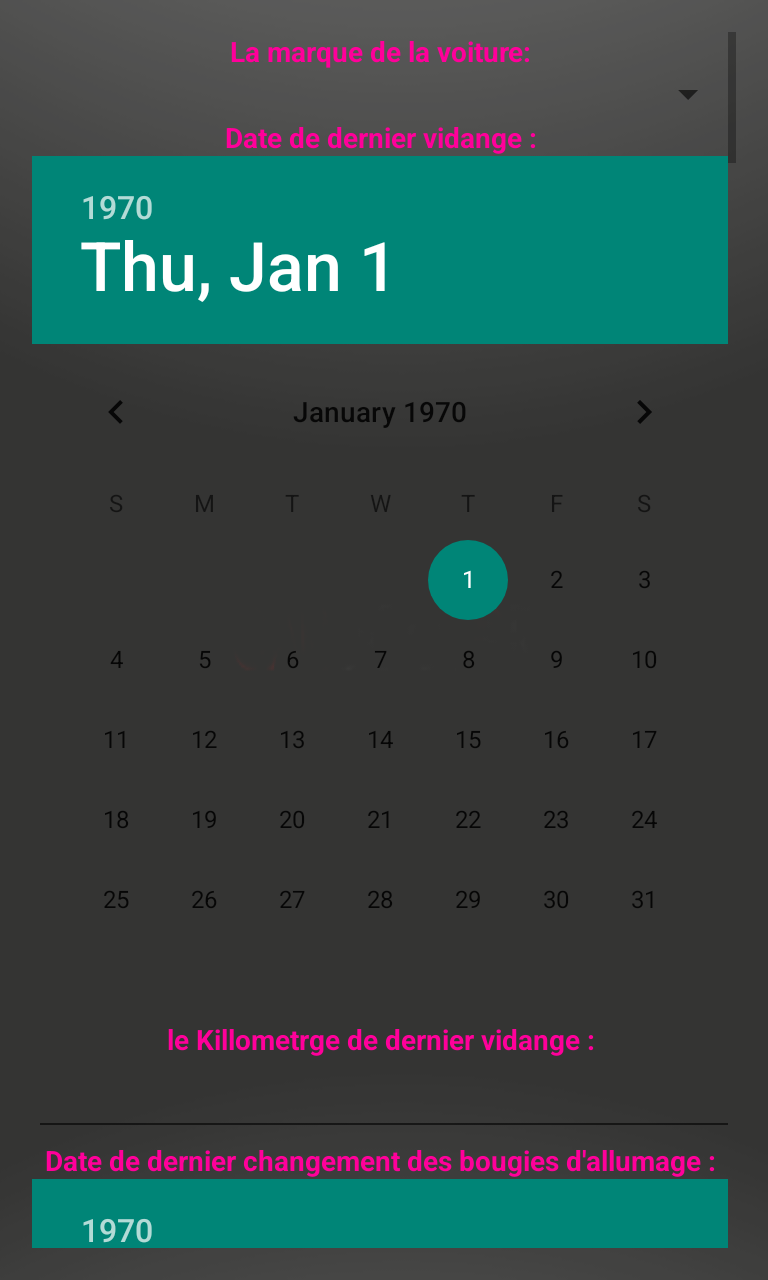
Repository: TrifiAmanallah/Car-Doctor-app
Layout: Car_Doctor v.9/Car_Doctor/res/layout/activity_formulaire.xml
The author's editor kept a copy of each file at every save. The layout is drawn from the files as they stood at one save, then again after the next save.
It is drawn on a 768 x 1280 px phone screen (xhdpi) without system bars, with theme AppTheme; the app's code is not run.

Above is the layout before, as saved 2015-02-27 18:36:08.

### Car_Doctor v.9/Car_Doctor/res/layout/activity_formulaire.xml
<LinearLayout xmlns:android="http://schemas.android.com/apk/res/android"
    xmlns:tools="http://schemas.android.com/tools"
    android:layout_width="match_parent"
    android:layout_height="match_parent"
    android:background="@drawable/background_saisie"
    android:paddingBottom="@dimen/activity_vertical_margin"
    android:paddingLeft="@dimen/activity_horizontal_margin"
    android:paddingRight="@dimen/activity_horizontal_margin"
    android:paddingTop="@dimen/activity_vertical_margin"
    tools:context="com.example.car_doctor.Formulaire" >

    <ScrollView
        android:id="@+id/scrollView1"
        android:layout_width="match_parent"
        android:layout_height="match_parent" >

        <LinearLayout
            android:layout_width="match_parent"
            android:layout_height="match_parent"
            android:orientation="vertical" >


<TextView
android:layout_width="fill_parent"
android:layout_height="wrap_content"
android:text="La marque de la voiture: "
android:textStyle="bold"
android:textColor="#ff009a"
android:gravity="center"
/>
<Spinner
    android:id="@+id/marks_spinner"
    android:layout_width="fill_parent"
    android:layout_height="wrap_content" />
<TextView
android:layout_width="fill_parent"
android:layout_height="wrap_content"
android:text="Date de dernier vidange : "
android:textStyle="bold"
android:textColor="#ff009a"
android:gravity="center"
/>

<DatePicker
    android:id="@+id/datePicker1"
    android:layout_width="match_parent"
    android:layout_height="wrap_content"
    android:calendarViewShown="false"
    android:color="#fcfcf5"
    />

<TextView
android:layout_width="fill_parent"
android:layout_height="wrap_content"
android:text="le Killometrge de dernier vidange : "
android:textStyle="bold"
android:textColor="#ff009a"
android:gravity="center"
/>
<EditText
android:id="@+id/editText1"
android:layout_width="fill_parent"
android:layout_height="wrap_content"
android:textColor="#00fff9"
android:inputType="numberDecimal"
android:maxLength="7"
/>
<TextView
android:layout_width="fill_parent"
android:layout_height="wrap_content"
android:text="Date de dernier changement des bougies d'allumage : "
android:textStyle="bold"
android:textColor="#ff009a"
android:gravity="center"
/>
<DatePicker
android:id="@+id/datePicker2"
android:layout_width="fill_parent"
android:layout_height="wrap_content"
android:calendarViewShown="false"
 />
<TextView
android:layout_width="fill_parent"
android:layout_height="wrap_content"
android:text="le Killometrge de dernier changement des bougies d'allumage : "
android:textStyle="bold"
android:textColor="#ff009a"
android:gravity="center"
/>
<EditText
android:id="@+id/editText2"
android:layout_width="fill_parent"
android:layout_height="wrap_content"
android:textColor="#00fff9"
android:inputType="numberDecimal"
android:maxLength="7"
/>
<TextView
android:layout_width="fill_parent"
android:layout_height="wrap_content"
android:text="Date de dernier changement de filtres a huile : "
android:textStyle="bold"
android:textColor="#ff009a"
android:gravity="center"
/>
<DatePicker
android:id="@+id/datePicker3"
android:layout_width="fill_parent"
android:layout_height="wrap_content"
android:calendarViewShown="false"

 />
<TextView
android:layout_width="fill_parent"
android:layout_height="wrap_content"
android:text="le Killometrge de dernier changement de filtres a huile : "
android:textStyle="bold"
android:textColor="#ff009a"
android:gravity="center"
/>
<EditText
android:id="@+id/editText3"
android:layout_width="fill_parent"
android:layout_height="wrap_content"
android:textColor="#00fff9"
android:inputType="numberDecimal"
android:maxLength="7"
/>
<TextView
android:layout_width="fill_parent"
android:layout_height="wrap_content"
android:text="Date de dernier changement de filtre a air : "
android:textStyle="bold"
android:textColor="#ff009a"
android:gravity="center"
/>
<DatePicker
android:id="@+id/datePicker4"
android:layout_width="fill_parent"
android:layout_height="wrap_content"
android:calendarViewShown="false"
 />
<TextView
android:layout_width="fill_parent"
android:layout_height="wrap_content"
android:text="le Killometrge de dernier changement de filtre a air : "
android:textStyle="bold"
android:textColor="#ff009a"
android:gravity="center"
/>
<EditText
android:id="@+id/editText4"
android:layout_width="fill_parent"
android:layout_height="wrap_content"
android:textColor="#00fff9"
android:inputType="numberDecimal"
android:maxLength="7"
/>
<TextView
android:layout_width="fill_parent"
android:layout_height="wrap_content"
android:text="Date de dernier changement de filtre d'habitacle : "
android:textStyle="bold"
android:textColor="#ff009a"
android:gravity="center"
/>
<DatePicker
android:id="@+id/datePicker5"
android:layout_width="fill_parent"
android:layout_height="wrap_content"
android:calendarViewShown="false"
 />
<TextView
android:layout_width="fill_parent"
android:layout_height="wrap_content"
android:text="le Killometrge de dernier changement de filtre d'habitacle :"
android:textStyle="bold"
android:textColor="#ff009a"
android:gravity="center"
/>
<EditText
android:id="@+id/editText5"
android:layout_width="fill_parent"
android:layout_height="wrap_content"
android:textColor="#00fff9"
android:inputType="numberDecimal"
android:maxLength="7"
/>

<TextView
android:layout_width="fill_parent"
android:layout_height="wrap_content"
android:text="Date de dernier changement de huile de la boite vitesse : "
android:textStyle="bold"
android:textColor="#ff009a"
android:gravity="center"
/>
<DatePicker
android:id="@+id/datePicker7"
android:layout_width="fill_parent"
android:layout_height="wrap_content"
android:calendarViewShown="false"
 />
<TextView
android:layout_width="fill_parent"
android:layout_height="wrap_content"
android:text="le Killometrge de dernier changement de huile de la boite vitesse : "
android:textStyle="bold"
android:textColor="#ff009a"
android:gravity="center"
/>
<EditText
android:id="@+id/editText7"
android:layout_width="fill_parent"
android:layout_height="wrap_content"
android:textColor="#00fff9"
android:inputType="numberDecimal"
android:maxLength="6"
/>
<TextView
android:layout_width="fill_parent"
android:layout_height="wrap_content"
android:text="Date de dernier changement de courroie crantée : "
android:textStyle="bold"
android:textColor="#ff009a"
android:gravity="center"
/>
<DatePicker
android:id="@+id/datePicker8"
android:layout_width="fill_parent"
android:layout_height="wrap_content"
android:calendarViewShown="false"
 />
<TextView
android:layout_width="fill_parent"
android:layout_height="wrap_content"
android:text="le Killometrge de dernier changement de courroie crantée : "
android:textStyle="bold"
android:textColor="#ff009a"
android:gravity="center"
/>
<EditText
android:id="@+id/editText8"
android:layout_width="fill_parent"
android:layout_height="wrap_content"
android:textColor="#00fff9"
android:inputType="numberDecimal"
android:maxLength="7"
/>
<TextView
android:layout_width="fill_parent"
android:layout_height="wrap_content"
android:text="Date de dernier changement de huile de disque freine : "
android:textStyle="bold"
android:textColor="#ff009a"
android:gravity="center"
/>
<DatePicker
android:id="@+id/datePicker9"
android:layout_width="fill_parent"
android:layout_height="wrap_content"
android:calendarViewShown="false"
 />
<TextView
android:layout_width="fill_parent"
android:layout_height="wrap_content"
android:text="le Killometrge de dernier changement de huile de disque freine : "
android:textStyle="bold"
android:textColor="#ff009a"
android:gravity="center"
/>
<EditText
android:id="@+id/editText9"
android:layout_width="fill_parent"
android:layout_height="wrap_content"
android:textColor="#00fff9"
android:inputType="numberDecimal"
android:maxLength="7"
/>
<TextView
android:layout_width="fill_parent"
android:layout_height="wrap_content"
android:text="Date de dernier visite technique : "
android:textStyle="bold"
android:textColor="#ff009a"
android:gravity="center"
/>
<DatePicker
android:id="@+id/datePicker10"
android:layout_width="fill_parent"
android:layout_height="wrap_content"
android:calendarViewShown="false"

 />

<TextView
android:layout_width="fill_parent"
android:layout_height="wrap_content"
android:text="Date de dernier paymenet d'assurance : "
android:textStyle="bold"
android:textColor="#ff009a"
android:gravity="center"
/>
<DatePicker
android:id="@+id/datePicker11"
android:layout_width="fill_parent"
android:layout_height="wrap_content"
android:calendarViewShown="false"

 />
<TextView
android:layout_width="fill_parent"
android:layout_height="wrap_content"
android:text="Date du dernier changement de suspension : "
android:textStyle="bold"
android:textColor="#ff009a"
android:gravity="center"
/>
<DatePicker
android:id="@+id/datePicker12"
android:layout_width="fill_parent"
android:layout_height="wrap_content"
android:calendarViewShown="false"

 />
         <Button
android:id="@+id/enregistrer"
android:layout_width="fill_parent"
android:layout_height="wrap_content"
android:textColor="#fcfcf5"
android:background="#2882ff"
android:text="Enregistrer" />

        </LinearLayout>

        </ScrollView>

</LinearLayout>

### Car_Doctor v.9/Car_Doctor/res/values/styles.xml
<resources>

    <!--
        Base application theme, dependent on API level. This theme is replaced
        by AppBaseTheme from res/values-vXX/styles.xml on newer devices.
    -->
    <style name="AppBaseTheme" parent="Theme.AppCompat.Light">
        <!--
            Theme customizations available in newer API levels can go in
            res/values-vXX/styles.xml, while customizations related to
            backward-compatibility can go here.
        -->
    </style>

    <!-- Application theme. -->
    <style name="AppTheme" parent="AppBaseTheme">
        <!-- All customizations that are NOT specific to a particular API-level can go here. -->
    </style>
<style name="SettingCodeFontBold" parent="@android:style/TextAppearance.Medium">

        <item name="android:layout_width">fill_parent</item>

        <item name="android:layout_height">wrap_content</item>

        <item name="android:textColor">#000000</item>

        <item name="android:typeface">monospace</item>

        <item name="android:textStyle">bold</item>

</style>

<style name="SettingCodeFont" parent="@android:style/TextAppearance.Medium">

        <item name="android:layout_width">fill_parent</item>

        <item name="android:layout_height">wrap_content</item>

        <item name="android:textColor">#000000</item>

        <item name="android:typeface">monospace</item>



</style>



</resources>

Loaded but not shown: Car_Doctor v.9/Car_Doctor/res/values-v11/styles.xml (common file); Car_Doctor v.9/Car_Doctor/res/values-v14/styles.xml (common file); Car_Doctor v.9/Car_Doctor/res/values/dimens.xml (common file); Car_Doctor v.9/Car_Doctor/res/values-w820dp/dimens.xml (common file)

After the next save:
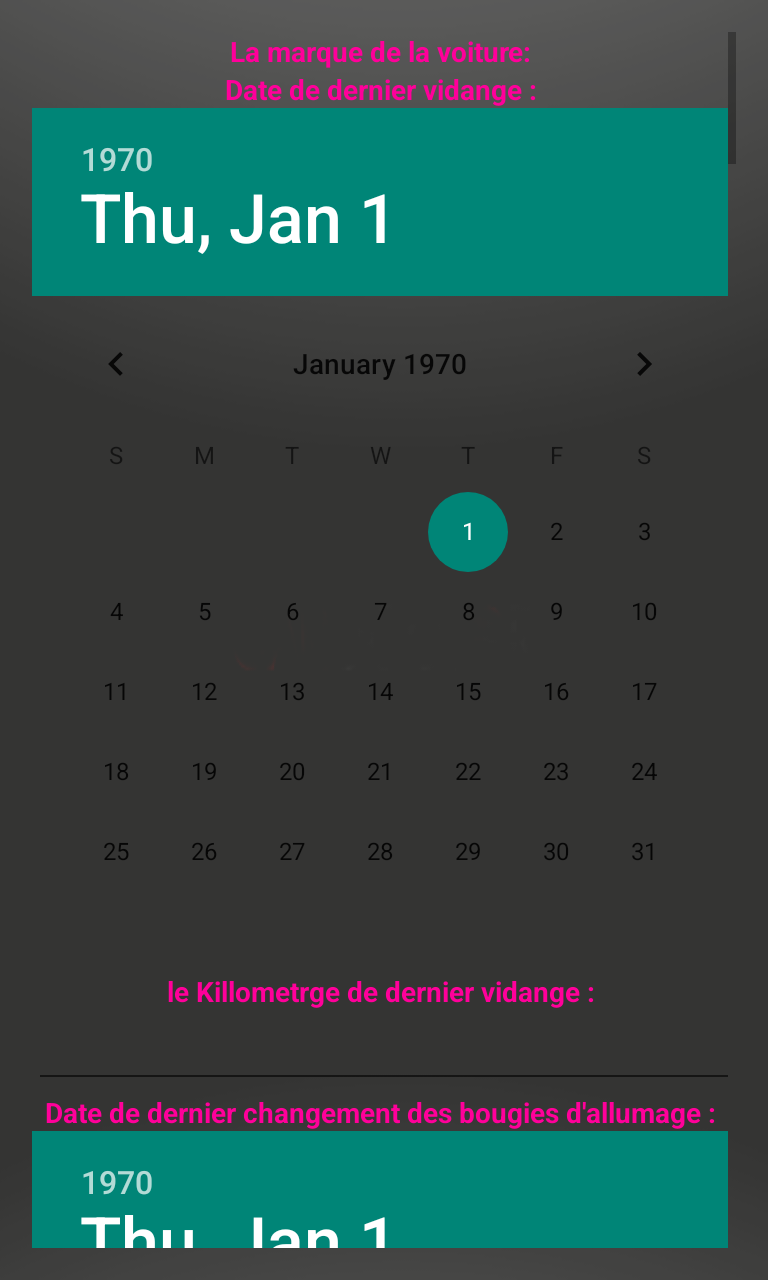
Saved 2 min 44 s later.
--- a/Car_Doctor v.9/Car_Doctor/res/layout/activity_formulaire.xml
+++ b/Car_Doctor v.9/Car_Doctor/res/layout/activity_formulaire.xml
@@ -28,10 +28,6 @@
 android:textColor="#ff009a"
 android:gravity="center"
 />
-<Spinner
-    android:id="@+id/marks_spinner"
-    android:layout_width="fill_parent"
-    android:layout_height="wrap_content" />
 <TextView
 android:layout_width="fill_parent"
 android:layout_height="wrap_content"

After the save that followed:
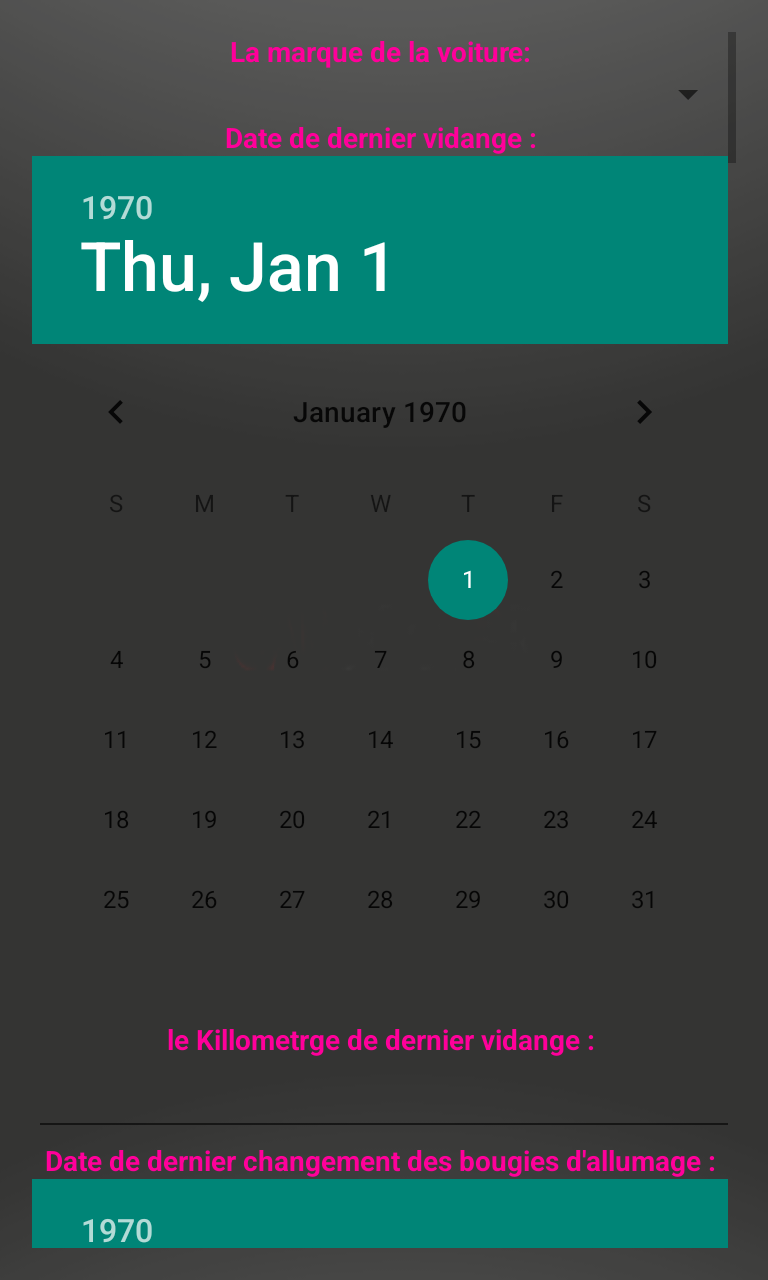
Saved 2 min 34 s later.
--- a/Car_Doctor v.9/Car_Doctor/res/layout/activity_formulaire.xml
+++ b/Car_Doctor v.9/Car_Doctor/res/layout/activity_formulaire.xml
@@ -28,6 +28,10 @@
 android:textColor="#ff009a"
 android:gravity="center"
 />
+<Spinner
+    android:id="@+id/planets_spinner"
+    android:layout_width="fill_parent"
+    android:layout_height="wrap_content" />
 <TextView
 android:layout_width="fill_parent"
 android:layout_height="wrap_content"
